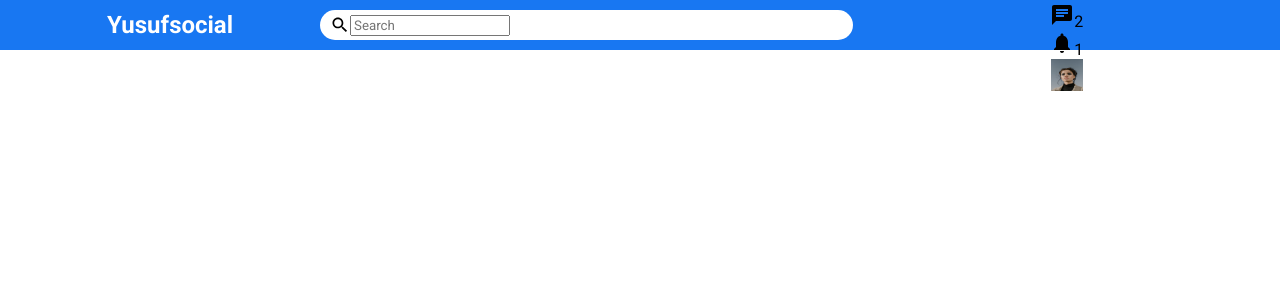
Repository: sevilgenysf/socialmediaapp
Page: /
The author's editor kept a copy of each file at every save. The page is drawn from the files as they stood at one save, then again after the next save.
The browser window is 1280 px wide. The pictures show the whole page.
The project was rebuilt for these pictures with package versions that can differ from the ones it lists, and the page was loaded fresh each time.

Above is the page before, as saved 2022-02-16 13:22:14.

After the next save:
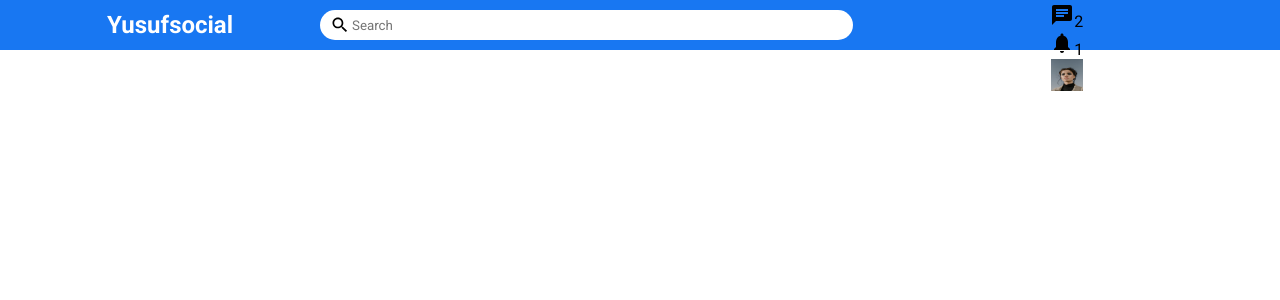
Saved 34 s later.
--- a/src/components/topbar/topbar.css
+++ b/src/components/topbar/topbar.css
@@ -38,6 +38,10 @@
 	margin-left: 10px;
 }
 
+.searchInput {
+	border: none;
+}
+
 .topbarRight {
 	flex: 4;
 }
